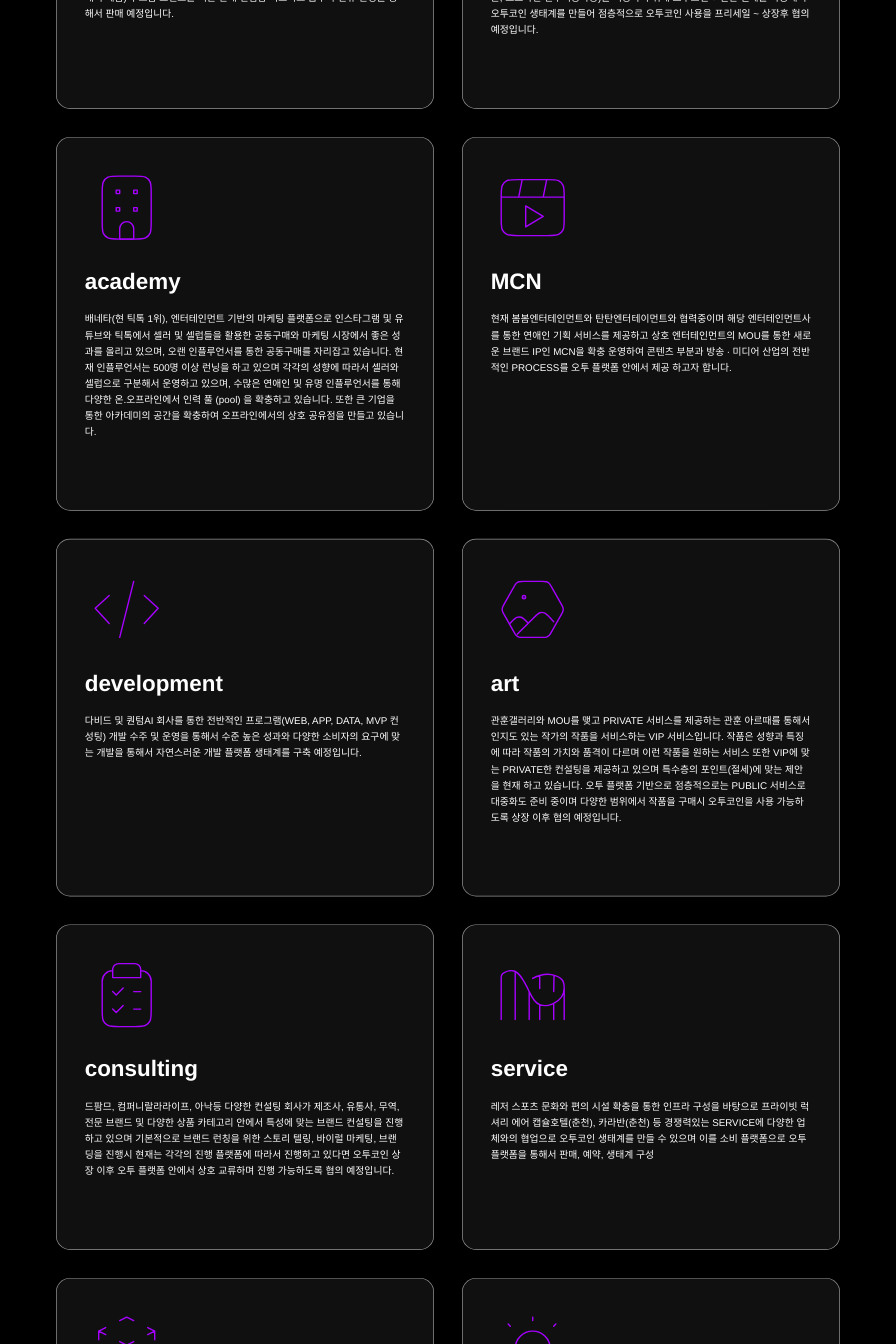
Repository: songhun115/Otwo
Page: service.html
These files come from the project's save history. The page is drawn as it stood at one moment and after the next save; the edit follows.
The browser window is 1280 px wide. The pictures show the part of the page from y = 1102 to 3022 px (the page is 5044 px tall before and 4975 px after), at 70% of full size.

Above is the page before, as saved 2022-11-18 11:41:16.
Not found: js/three.js

After the next save:
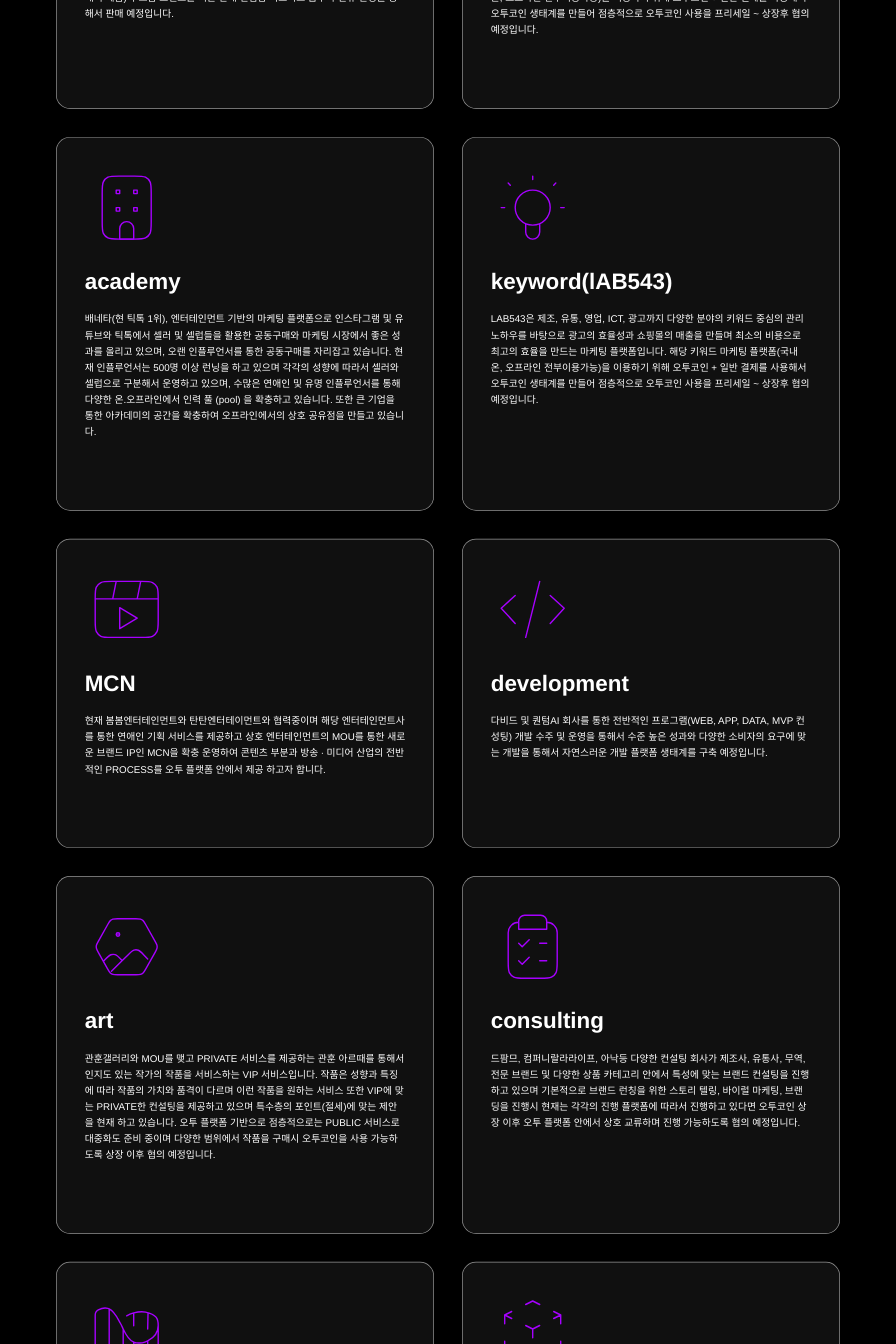
Saved 54 s later.
--- a/service.html
+++ b/service.html
@@ -74,6 +74,14 @@
             </li>
             <li class="platform-item">
                 <div class="platform-img">
+                    <img src="img/keywrod.svg" alt="">
+                </div>
+                <div class="platform-category">keyword(lAB543)</div>
+                <div class="platform-con">LAB543은 제조, 유통, 영업, ICT, 광고까지 다양한 분야의 키워드 중심의 관리 노하우를 바탕으로 광고의 효율성과 쇼핑몰의 매출을 만들며 최소의 비용으로 최고의 효율을 만드는 마케팅 플랫폼입니다.
+                    해당 키워드 마케팅 플랫폼(국내 온, 오프라인 전부이용가능)을 이용하기 위해 오투코인 + 일반 결제를 사용해서 오투코인 생태계를 만들어 점층적으로 오투코인 사용을 프리세일 ~ 상장후 협의 예정입니다. </div>
+            </li>
+            <li class="platform-item">
+                <div class="platform-img">
                     <img src="img/mcn.svg" alt="">
                 </div>
                 <div class="platform-category">MCN</div>
@@ -128,14 +136,7 @@
                 <div class="platform-con">LAB543은 제조, 유통, 영업, ICT, 광고까지 다양한 분야의 키워드 중심의 관리 노하우를 바탕으로 광고의 효율성과 쇼핑몰의 매출을 만들며 최소의 비용으로 최고의 효율을 만드는 마케팅 플랫폼입니다.
                     해당 키워드 마케팅 플랫폼(국내 온, 오프라인 전부이용가능)을 이용하기 위해 오투코인 + 일반 결제를 사용해서 오투코인 생태계를 만들어 점층적으로 오투코인 사용을 프리세일 ~ 상장후 협의 예정입니다. </div>
             </li>
-            <li class="platform-item">
-                <div class="platform-img">
-                    <img src="img/keywrod.svg" alt="">
-                </div>
-                <div class="platform-category">keyword(lAB543)</div>
-                <div class="platform-con">LAB543은 제조, 유통, 영업, ICT, 광고까지 다양한 분야의 키워드 중심의 관리 노하우를 바탕으로 광고의 효율성과 쇼핑몰의 매출을 만들며 최소의 비용으로 최고의 효율을 만드는 마케팅 플랫폼입니다.
-                    해당 키워드 마케팅 플랫폼(국내 온, 오프라인 전부이용가능)을 이용하기 위해 오투코인 + 일반 결제를 사용해서 오투코인 생태계를 만들어 점층적으로 오투코인 사용을 프리세일 ~ 상장후 협의 예정입니다. </div>
-            </li>
+
 
         </ul>
      </section>
